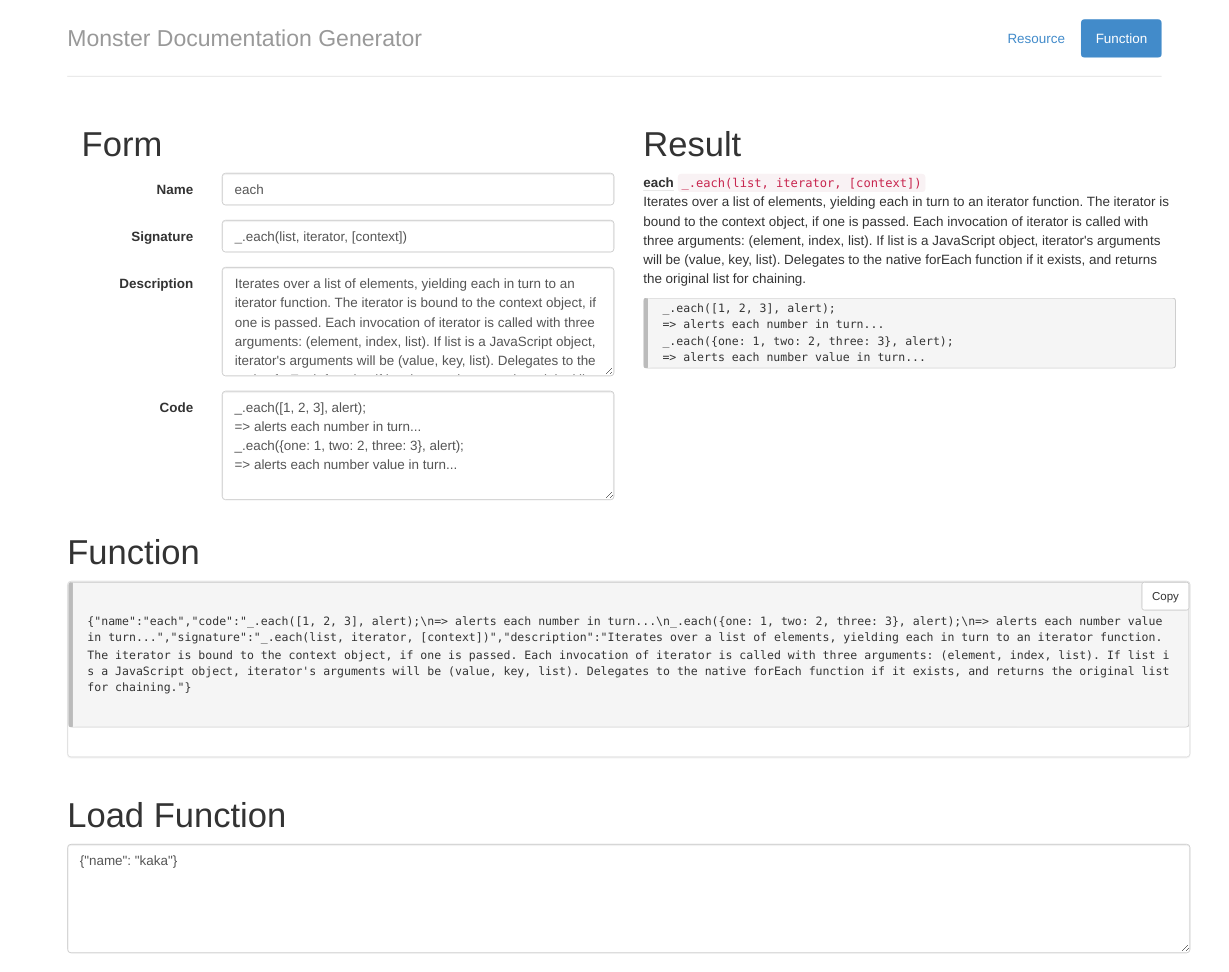
Repository: magizbox/mondoc-generator
Page: app/index.html
The author's editor kept a record of every edit. The page is drawn from the files as they stood at one moment, then again after the next edit.
The browser window is 1280 px wide. The pictures show the whole page, at 96% of full size.

Above is the page before.

### app/index.html
<!doctype html>
<!--[if lt IE 7]>      <html class="no-js lt-ie9 lt-ie8 lt-ie7"> <![endif]-->
<!--[if IE 7]>         <html class="no-js lt-ie9 lt-ie8"> <![endif]-->
<!--[if IE 8]>         <html class="no-js lt-ie9"> <![endif]-->
<!--[if gt IE 8]><!--> <html class="no-js"> <!--<![endif]-->
  <head>
    <meta charset="utf-8">
    <title>Mondoc Generator</title>
    <meta name="description" content="">
    <meta name="viewport" content="width=device-width">
    <!-- Place favicon.ico and apple-touch-icon.png in the root directory -->
   <link rel="shortcut icon" href="./images/favicon.ico">
    <!-- build:css styles/vendor.css -->
    <!-- bower:css -->
    <!-- endbower -->
    <!-- endbuild -->
    <!-- build:css({.tmp,app}) styles/main.css -->
    <meta name="description" content="">
    <meta name="viewport" content="width=device-width">
    <!-- Place favicon.ico and apple-touch-icon.png in the root directory -->
    <!-- build:css styles/vendor.css -->
    <!-- bower:css -->
    <link rel="stylesheet" href="bower_components/bootstrap/dist/css/bootstrap.css" />
    <!-- endbower -->
    <!-- endbuild -->
    <!-- build:css({.tmp,app}) styles/main.css -->
    <link rel="stylesheet" href="styles/main.css">
    <link rel="stylesheet" href="styles/docs.css">
    <!-- endbuild -->
  </head>
  <body ng-app="docsGeneratorApp">
    <!--[if lt IE 7]>
      <p class="browsehappy">You are using an <strong>outdated</strong> browser. Please <a href="http://browsehappy.com/">upgrade your browser</a> to improve your experience.</p>
    <![endif]-->

    <!-- Add your site or application content here -->
    <div class="container" ng-view=""></div>

    <!-- Google Analytics: change UA-XXXXX-X to be your site's ID -->
     <script>
       (function(i,s,o,g,r,a,m){i['GoogleAnalyticsObject']=r;i[r]=i[r]||function(){
       (i[r].q=i[r].q||[]).push(arguments)},i[r].l=1*new Date();a=s.createElement(o),
       m=s.getElementsByTagName(o)[0];a.async=1;a.src=g;m.parentNode.insertBefore(a,m)
       })(window,document,'script','//www.google-analytics.com/analytics.js','ga');

       ga('create', 'UA-XXXXX-X');
       ga('send', 'pageview');
    </script>

    <!--[if lt IE 9]>
    <script src="bower_components/es5-shim/es5-shim.js"></script>
    <script src="bower_components/json3/lib/json3.min.js"></script>
    <![endif]-->

    <!-- build:js scripts/vendor.js -->
    <!-- bower:js -->
    <script src="bower_components/jquery/dist/jquery.js"></script>
    <script src="bower_components/moment/moment.js"></script>
    <script src="bower_components/underscore/underscore.js"></script>
    <script src="bower_components/zeroclipboard/dist/ZeroClipboard.min.js"></script>
    <script src="bower_components/angular/angular.js"></script>
    <script src="bower_components/bootstrap/dist/js/bootstrap.js"></script>
    <script src="bower_components/angular-resource/angular-resource.js"></script>
    <script src="bower_components/angular-cookies/angular-cookies.js"></script>
    <script src="bower_components/angular-sanitize/angular-sanitize.js"></script>
    <script src="bower_components/angular-route/angular-route.js"></script>
    <!-- endbower -->
    <!-- endbuild -->

        <!-- build:js({.tmp,app}) scripts/scripts.js -->
        <script src="scripts/app.js"></script>
        <script src="scripts/controllers/main.js"></script>
        <!-- endbuild -->
   <script>
   </script>
</body>
</html>

### app/styles/main.css
/* Space out content a bit */
body {
  padding-top: 20px;
  padding-bottom: 20px;
}

/* Everything but the jumbotron gets side spacing for mobile first views */
.header,
.marketing,
.footer {
  padding-left: 15px;
  padding-right: 15px;
}

/* Custom page header */
.header {
  border-bottom: 1px solid #e5e5e5;
}
/* Make the masthead heading the same height as the navigation */
.header h3 {
  margin-top: 0;
  margin-bottom: 0;
  line-height: 40px;
  padding-bottom: 19px;
}

/* Custom page footer */
.footer {
  padding-top: 19px;
  color: #777;
  border-top: 1px solid #e5e5e5;
}

/* Customize container */
@media (min-width: 768px) {
  .container {
  }
}
.container-narrow > hr {
  margin: 30px 0;
}

/* Main marketing message and sign up button */
.jumbotron {
  text-align: center;
  border-bottom: 1px solid #e5e5e5;
}
.jumbotron .btn {
  font-size: 21px;
  padding: 14px 24px;
}

/* Supporting marketing content */
.marketing {
  margin: 40px 0;
}
.marketing p + h4 {
  margin-top: 28px;
}

/* Responsive: Portrait tablets and up */
@media screen and (min-width: 768px) {
  /* Remove the padding we set earlier */
  .header,
  .marketing,
  .footer {
    padding-left: 0;
    padding-right: 0;
  }
  /* Space out the masthead */
  .header {
    margin-bottom: 30px;
  }
  /* Remove the bottom border on the jumbotron for visual effect */
  .jumbotron {
    border-bottom: 0;
  }
}

### app/styles/docs.css
/*
 * Added by Brother Rain on July 21, 2014
 * This style come from underscore css documentation
 */

pre {
   font-size: 12px; !important;
   padding: 2px 0 2px 15px; !important;
   border-left: 5px solid #bbb; !important;
   margin: 0px 0 30px; !important;
}

### app/scripts/app.js
'use strict';

angular
  .module('docsGeneratorApp', [
    'ngCookies',
    'ngResource',
    'ngSanitize',
    'ngRoute'
  ])
  .config(function ($routeProvider) {
    $routeProvider
      .when('/', {
        templateUrl: 'function/main.html',
        controller: 'MainCtrl'
      })
      .when('/main', {
        templateUrl: 'views/main.html',
        controller: 'MainCtrl'
      })
      .when('/resource', {
        templateUrl: 'resource/main.html',
        controller: 'MainCtrl'
      })
      .otherwise({
        redirectTo: '/'
      });
  });

### app/scripts/controllers/main.js
'use strict';

angular.module('docsGeneratorApp')

  .controller('MainCtrl', function ($scope, $http) {
     $scope.currentFunction = {"name":"each","code":"_.each([1, 2, 3], alert);\n=> alerts each number in turn...\n_.each({one: 1, two: 2, three: 3}, alert);\n=> alerts each number value in turn...","signature":"_.each(list, iterator, [context])","description":"Iterates over a list of elements, yielding each in turn to an iterator function. The iterator is bound to the context object, if one is passed. Each invocation of iterator is called with three arguments: (element, index, list). If list is a JavaScript object, iterator's arguments will be (value, key, list). Delegates to the native forEach function if it exists, and returns the original list for chaining."};
      $scope.toJSON = function(object){
         return JSON.stringify(object);
      }

      $scope.functionInText = '{"name": "paste your function here..."}';
     $scope.getYear = function(){
        var now = moment($scope.currentResource.date);
        return now.format("YYYY");
     }
     $scope.getTimeInCiteFormat = function(){
        var now = moment($scope.currentResource.date);
        console.log($scope.currentResource.date);
        return now.format("Do MMM. YYYY");
     }
     var currentDate = Date().toString();
     $scope.currentResource = {"author": "rain", title : "Awesome Resource", "date": currentDate, "url": "http://google.com" }
      $scope.toJSON = function(object){
         return JSON.stringify(object);
      }
      $scope.resourceInText = '{"name": "load function..."}';
      $scope.reloadCurrentResource = function(){
         try{
            var parsedObject = JSON.parse(this.resourceInText);
            $scope.currentResource = parsedObject;
         } catch(e){
            console.log(e);
         };
      }
      $scope.functionInText = '{"name": "kaka"}';
      $scope.reloadCurrentFunction = function(){
         try{
            var parsedObject = JSON.parse(this.functionInText);
            $scope.currentFunction = parsedObject;
         } catch(e){
            console.log(e);
         };
      }

     $scope.getYear = function(){
        var now = moment($scope.currentResource.date);
        return now.format("YYYY");
     }
     $scope.getTimeInCiteFormat = function(){
        var now = moment($scope.currentResource.date);
        console.log($scope.currentResource.date);
        return now.format("Do MMM. YYYY");
     }
     var currentDate = Date().toString();
     $scope.currentResource = {"author": "rain", title : "Awesome Resource", "date": currentDate, "url": "http://google.com" }
      $scope.toJSON = function(object){
         return JSON.stringify(object);
      }
      $scope.resourceInText = '{"name": "load function..."}';
      $scope.reloadCurrentResource = function(){
         try{
            var parsedObject = JSON.parse(this.resourceInText);
            $scope.currentResource = parsedObject;
         } catch(e){
            console.log(e);
         };
      }

      $scope.urlResource = "crawl.json";
      $scope.loadFromURL = function(){
         $http.get($scope.urlResource)
            .success(function(data){
               $scope.currentResource = _.extend($scope.currentResource, data);
            });
      }
  });

### app/function/main.html
<ng-include src="'function/menu.html'"></ng-include>
<div class="container">
   <div class="row">
      <div class="col-xs-6">
         <ng-include src="'function/form.html'"></ng-include>
      </div>
      <div class="col-xs-6">
         <ng-include src="'function/result.html'"></ng-include>
      </div>
   </div>
   <div class="row">
      <ng-include src="'function/content.html'"></ng-include>
   </div>
   <div class="row">
      <ng-include src="'function/load_content.html'"></ng-include>
   </div>
</div>

### app/function/menu.html
<div class="header">
  <ul class="nav nav-pills pull-right">
    <li><a ng-href="#resource">Resource</a></li>
    <li class="active"><a ng-href="#">Function</a></li>
  </ul>
  <h3 class="text-muted">Monster Documentation Generator</h3>
</div>

### app/function/form.html
<h1>Form</h1>
<form class="form-horizontal" id="function-from" role="form">
   <div class="form-group">
      <label class="col-sm-3 control-label">Name</label>
      <div class="col-sm-9">
         <input type="text" class="form-control" id="inputEmail3" ng-model="currentFunction.name" placeholder="name">
      </div>
   </div>
   <div class="form-group">
      <label class="col-sm-3 control-label">Signature</label>
      <div class="col-sm-9">
         <input type="text" class="form-control" ng-model="currentFunction.signature" placeholder="{{ currentFunction.name}}"/>
      </div>
   </div>
   <div class="form-group">
      <label class="col-sm-3 control-label">Description</label>
      <div class="col-sm-9">
         <textarea class="form-control" id="description" ng-trim="false" ng-model="currentFunction.description" rows="5">
         </textarea>
      </div>
   </div>
   <div class="form-group">
      <label class="col-sm-3 control-label">Code</label>
      <div class="col-sm-9">
         <textarea class="form-control" ng-model="currentFunction.code" rows="5">
         </textarea>
      </div>
   </div>
</form>

### app/function/result.html
<h1>Result</h1>
<div id="{{ currentFunction.name.trim() }}">
<p>
   <b class="header">{{ currentFunction.name }}</b>
   <code>{{ currentFunction.signature }}</code>
   <span class="alias" ng-show="currentFunction.alias.length > 0">
      Alias: <b ng-repeat="alias in currentFunction.alias">{{ alias }}</b>
   </span>
   <br />
   <span ng-bind-html="currentFunction.description"></span>
</p>

<pre>
{{ currentFunction.code }}
</pre>
</div>

### app/function/content.html
<h1>Function</h1>
<div class="panel panel-default">
   <div class="panel-head">
      <a id="copy-button" class="pull-right btn btn-default btn-sm"
         data-clipboard-text='{{ toJSON(currentFunction) }}'>Copy</a>
   </div>
<pre class="panel-body">
{{ toJSON(currentFunction) }}
</pre>
</div>
<script>
   var client = new ZeroClipboard( document.getElementById("copy-button") );
   client.on("ready", function(readyEvent){
      client.on("aftercopy", function(event){});
   } );
</script>

### app/function/load_content.html
<h1>Load Function</h1>
<textarea class="form-control" rows="5" ng-change="reloadCurrentFunction()" ng-model="functionInText">
</textarea>

Loaded but not shown: app/bower_components/bootstrap/dist/css/bootstrap.css (library); app/bower_components/jquery/dist/jquery.js (library); app/bower_components/moment/moment.js (library); app/bower_components/underscore/underscore.js (library); app/bower_components/zeroclipboard/dist/ZeroClipboard.min.js (library); app/bower_components/angular/angular.js (library); app/bower_components/bootstrap/dist/js/bootstrap.js (library); app/bower_components/angular-resource/angular-resource.js (library); app/bower_components/angular-cookies/angular-cookies.js (library); app/bower_components/angular-sanitize/angular-sanitize.js (library); app/bower_components/angular-route/angular-route.js (library)

After the next edit:
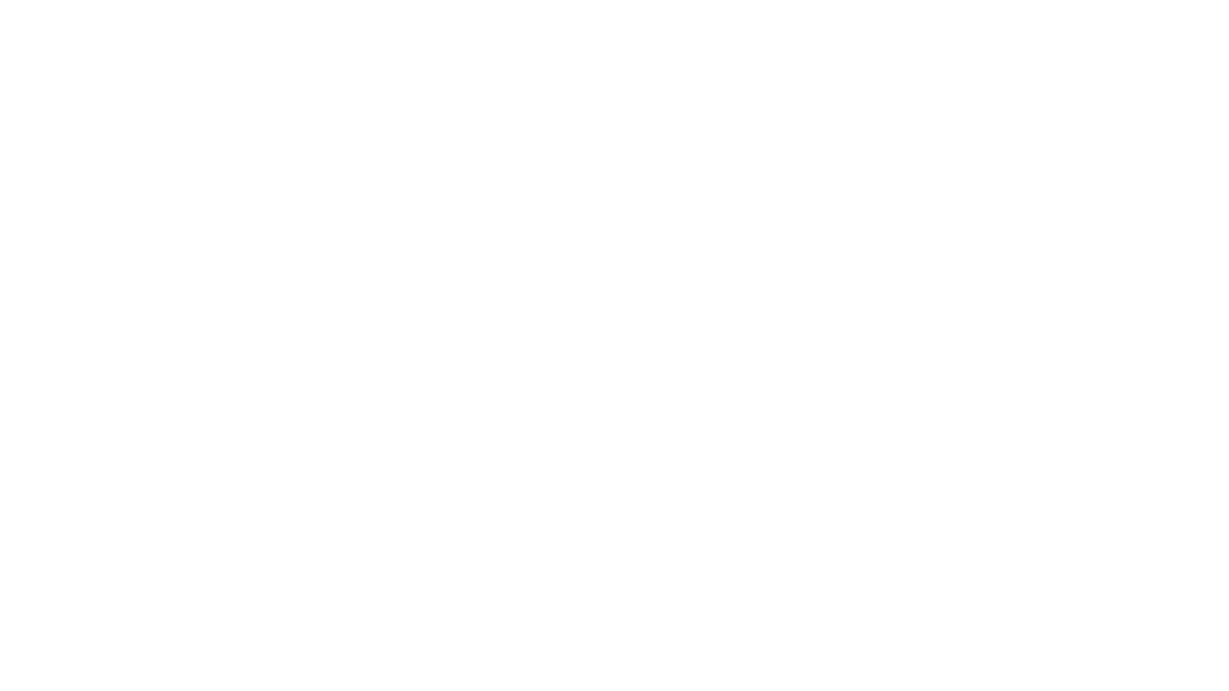
Console error: SyntaxError: Unexpected token '<<'
The edit:
--- a/app/scripts/controllers/main.js
+++ b/app/scripts/controllers/main.js
@@ -1,6 +1,7 @@
 'use strict';
 
 angular.module('docsGeneratorApp')
+<<<<<<< HEAD
 
   .controller('MainCtrl', function ($scope, $http) {
      $scope.currentFunction = {"name":"each","code":"_.each([1, 2, 3], alert);\n=> alerts each number in turn...\n_.each({one: 1, two: 2, three: 3}, alert);\n=> alerts each number value in turn...","signature":"_.each(list, iterator, [context])","description":"Iterates over a list of elements, yielding each in turn to an iterator function. The iterator is bound to the context object, if one is passed. Each invocation of iterator is called with three arguments: (element, index, list). If list is a JavaScript object, iterator's arguments will be (value, key, list). Delegates to the native forEach function if it exists, and returns the original list for chaining."};
@@ -23,6 +24,24 @@
       $scope.toJSON = function(object){
          return JSON.stringify(object);
       }
+=======
+  .controller('MainCtrl', function ($scope, $http) {
+     $scope.currentFunction = {"name":"each","code":"_.each([1, 2, 3], alert);\n=> alerts each number in turn...\n_.each({one: 1, two: 2, three: 3}, alert);\n=> alerts each number value in turn...","signature":"_.each(list, iterator, [context])","description":"Iterates over a list of elements, yielding each in turn to an iterator function. The iterator is bound to the context object, if one is passed. Each invocation of iterator is called with three arguments: (element, index, list). If list is a JavaScript object, iterator's arguments will be (value, key, list). Delegates to the native forEach function if it exists, and returns the original list for chaining."};
+     $scope.getYear = function(){
+        var now = moment($scope.currentResource.date);
+        return now.format("YYYY");
+     }
+     $scope.getTimeInCiteFormat = function(){
+        var now = moment($scope.currentResource.date);
+        console.log($scope.currentResource.date);
+        return now.format("Do MMM. YYYY");
+     }
+     var currentDate = Date().toString();
+     $scope.currentResource = {"author": "rain", title : "Awesome Resource", "date": currentDate, "url": "http://google.com" }
+      $scope.toJSON = function(object){
+         return JSON.stringify(object);
+      }
+>>>>>>> e330ed4a7b8bd9b4de686dbca11b50173fddaf08
       $scope.resourceInText = '{"name": "load function..."}';
       $scope.reloadCurrentResource = function(){
          try{
@@ -32,7 +51,10 @@
             console.log(e);
          };
       }
+<<<<<<< HEAD
+=======
       $scope.functionInText = '{"name": "kaka"}';
+>>>>>>> e330ed4a7b8bd9b4de686dbca11b50173fddaf08
       $scope.reloadCurrentFunction = function(){
          try{
             var parsedObject = JSON.parse(this.functionInText);
@@ -65,6 +87,8 @@
             console.log(e);
          };
       }
+=======
+>>>>>>> e330ed4a7b8bd9b4de686dbca11b50173fddaf08
 
       $scope.urlResource = "crawl.json";
       $scope.loadFromURL = function(){

After the 6 edits that followed:
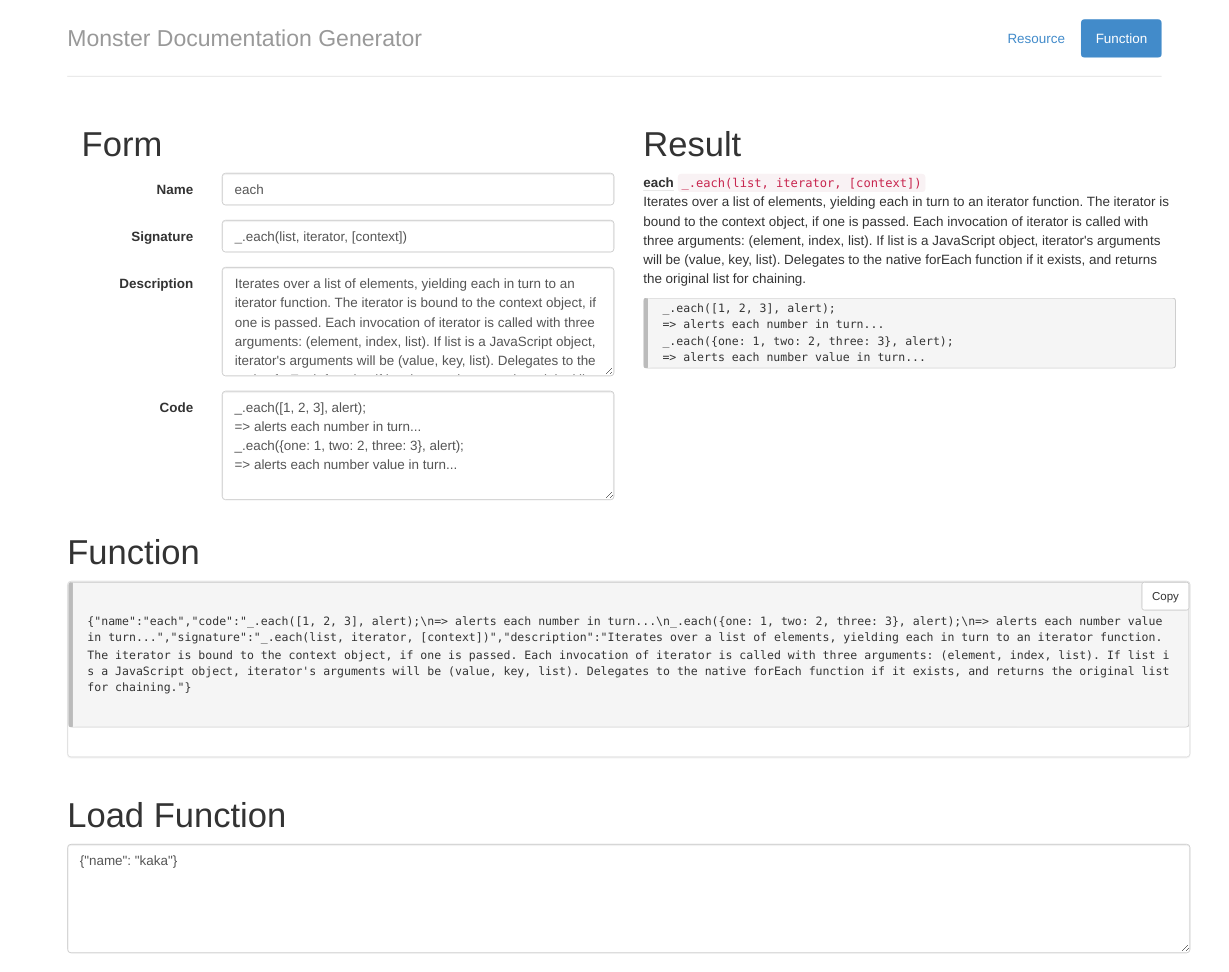
The error is gone.
The 6 edits are shown as one change because 5 left the picture as it was.
The edit:
--- a/app/scripts/controllers/main.js
+++ b/app/scripts/controllers/main.js
@@ -1,7 +1,6 @@
 'use strict';
 
 angular.module('docsGeneratorApp')
-<<<<<<< HEAD
 
   .controller('MainCtrl', function ($scope, $http) {
      $scope.currentFunction = {"name":"each","code":"_.each([1, 2, 3], alert);\n=> alerts each number in turn...\n_.each({one: 1, two: 2, three: 3}, alert);\n=> alerts each number value in turn...","signature":"_.each(list, iterator, [context])","description":"Iterates over a list of elements, yielding each in turn to an iterator function. The iterator is bound to the context object, if one is passed. Each invocation of iterator is called with three arguments: (element, index, list). If list is a JavaScript object, iterator's arguments will be (value, key, list). Delegates to the native forEach function if it exists, and returns the original list for chaining."};
@@ -24,9 +23,6 @@
       $scope.toJSON = function(object){
          return JSON.stringify(object);
       }
-=======
-  .controller('MainCtrl', function ($scope, $http) {
-     $scope.currentFunction = {"name":"each","code":"_.each([1, 2, 3], alert);\n=> alerts each number in turn...\n_.each({one: 1, two: 2, three: 3}, alert);\n=> alerts each number value in turn...","signature":"_.each(list, iterator, [context])","description":"Iterates over a list of elements, yielding each in turn to an iterator function. The iterator is bound to the context object, if one is passed. Each invocation of iterator is called with three arguments: (element, index, list). If list is a JavaScript object, iterator's arguments will be (value, key, list). Delegates to the native forEach function if it exists, and returns the original list for chaining."};
      $scope.getYear = function(){
         var now = moment($scope.currentResource.date);
         return now.format("YYYY");
@@ -41,7 +37,7 @@
       $scope.toJSON = function(object){
          return JSON.stringify(object);
       }
->>>>>>> e330ed4a7b8bd9b4de686dbca11b50173fddaf08
+
       $scope.resourceInText = '{"name": "load function..."}';
       $scope.reloadCurrentResource = function(){
          try{
@@ -51,10 +47,8 @@
             console.log(e);
          };
       }
-<<<<<<< HEAD
-=======
+
       $scope.functionInText = '{"name": "kaka"}';
->>>>>>> e330ed4a7b8bd9b4de686dbca11b50173fddaf08
       $scope.reloadCurrentFunction = function(){
          try{
             var parsedObject = JSON.parse(this.functionInText);
@@ -87,8 +81,6 @@
             console.log(e);
          };
       }
-=======
->>>>>>> e330ed4a7b8bd9b4de686dbca11b50173fddaf08
 
       $scope.urlResource = "crawl.json";
       $scope.loadFromURL = function(){
